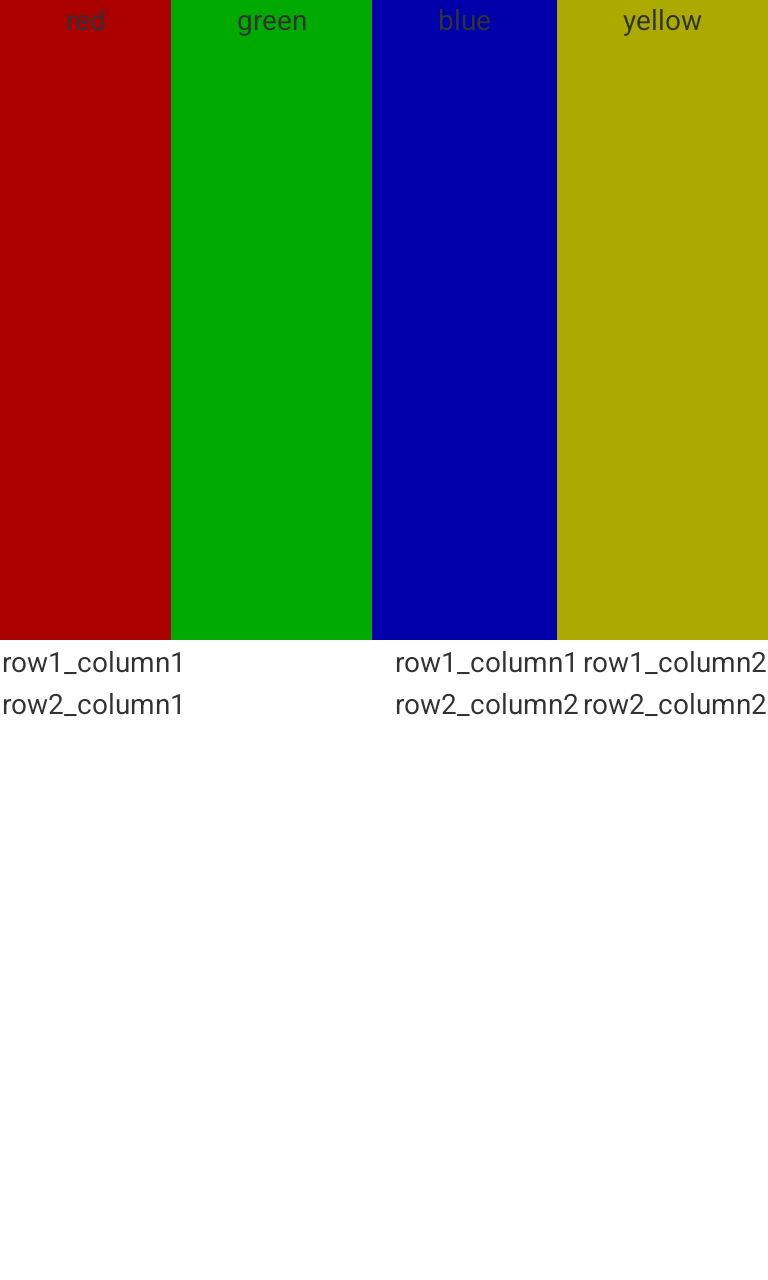
Repository: HouJun11220033/Android
Layout: Layout_04/res/layout/second.xml
An editor plug-in stored every save of this project. The layout is shown before and after the next save, followed by the edit.
It is drawn on a 768 x 1280 px phone screen (xhdpi) without system bars, with theme AppTheme; the app's code is not run.

Above is the layout before, as saved 2016-09-15 16:14:28.

### Layout_04/res/layout/second.xml
<?xml version="1.0" encoding="utf-8"?>
<LinearLayout xmlns:android="http://schemas.android.com/apk/res/android"
    android:layout_width="fill_parent"
    android:layout_height="fill_parent"
    android:orientation="vertical" >

    <LinearLayout
        android:layout_width="fill_parent"
        android:layout_height="fill_parent"
        android:layout_weight="1"
        android:orientation="horizontal" >

        <TextView
            android:layout_width="wrap_content"
            android:layout_height="fill_parent"
            android:layout_weight="1"
            android:background="#aa0000"
            android:gravity="center_horizontal"
            android:text="red" />

        <TextView
            android:layout_width="wrap_content"
            android:layout_height="fill_parent"
            android:layout_weight="1"
            android:background="#00aa00"
            android:gravity="center_horizontal"
            android:text="green" />

        <TextView
            android:layout_width="wrap_content"
            android:layout_height="fill_parent"
            android:layout_weight="1"
            android:background="#0000aa"
            android:gravity="center_horizontal"
            android:text="blue" />

        <TextView
            android:layout_width="wrap_content"
            android:layout_height="fill_parent"
            android:layout_weight="1"
            android:background="#aaaa00"
            android:gravity="center_horizontal"
            android:text="yellow" />
    </LinearLayout>

    <LinearLayout
        android:layout_width="fill_parent"
        android:layout_height="fill_parent"
        android:layout_weight="1"
        android:orientation="horizontal" >

        <TableLayout
            android:layout_width="fill_parent"
            android:layout_height="fill_parent"
            android:stretchColumns="0" >

            <TableRow>

                <TextView
                    android:gravity="left"
                    android:padding="1dip"
                    android:text="@string/row1_column1" />

                <TextView
                    android:gravity="center"
                    android:padding="1dip"
                    android:text="@string/row1_column1" >
                </TextView>

                <TextView
                    android:gravity="center"
                    android:padding="1dip"
                    android:text="@string/row1_column2" />
            </TableRow>

            <TableRow>

                <TextView
                    android:gravity="left"
                    android:padding="1dip"
                    android:text="@string/row2_column1" />

                <TextView
                    android:gravity="center"
                    android:padding="1dip"
                    android:text="@string/row2_column2" />

                <TextView
                    android:gravity="right"
                    android:padding="1dip"
                    android:text="@string/row2_column2" />
            </TableRow>
        </TableLayout>
    </LinearLayout>

</LinearLayout>

### Layout_04/res/values/strings.xml
<?xml version="1.0" encoding="utf-8"?>
<resources>

    <string name="hello">Hello World, TableTest!</string>
    <string name="app_name">layout02</string>
    <string name="row1_column1">row1_column1</string>
    <string name="row1_column2">row1_column2</string>
    <string name="row2_column1">row2_column1</string>
    <string name="row2_column2">row2_column2</string>

</resources>

Loaded but not shown: Layout_04/res/values/styles.xml (common file); Layout_04/res/values-v11/styles.xml (common file); Layout_04/res/values-v14/styles.xml (common file)

After the next save:
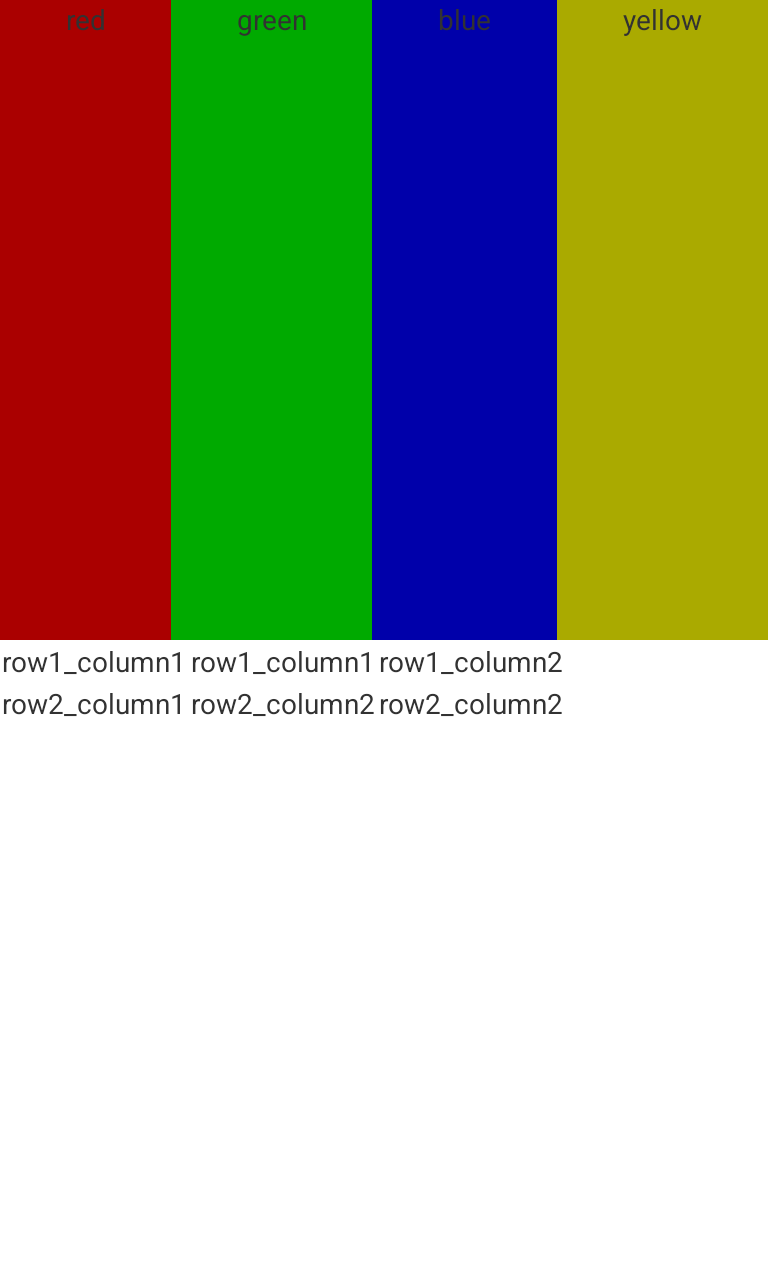
Saved 4 min 19 s later.
--- a/Layout_04/res/layout/second.xml
+++ b/Layout_04/res/layout/second.xml
@@ -52,7 +52,7 @@
         <TableLayout
             android:layout_width="fill_parent"
             android:layout_height="fill_parent"
-            android:stretchColumns="0" >
+            android:shrinkColumns="2" >
 
             <TableRow>
 
